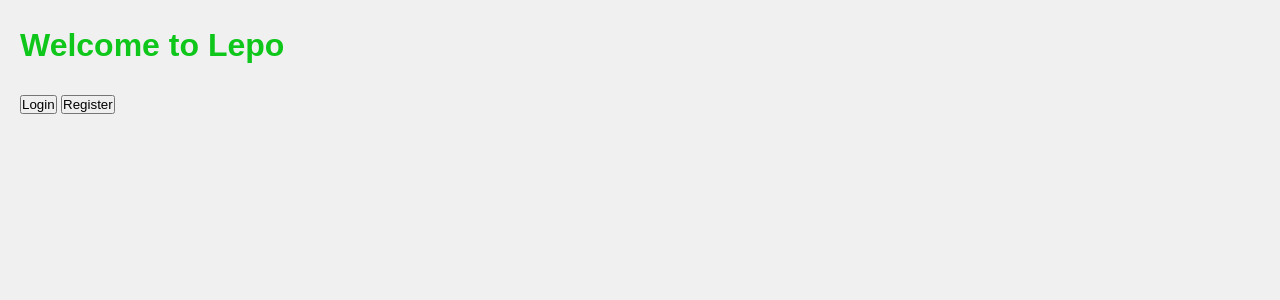
Repository: Javimetro/UniZen
Page: client/index.html
An editor plug-in stored every save of this project. The page is shown before and after the next save, followed by the edit.
The browser window is 1280 px wide. The pictures show the whole page.

Above is the page before, as saved 2024-03-12 18:29:19.

### client/index.html
<!DOCTYPE html>
<html lang="en">
<head>
    <meta charset="UTF-8">
    <meta name="viewport" content="width=device-width, initial-scale=1.0">
    <title>Lepo</title>
    <link rel="stylesheet" href="/src/styles/style.css"> <!-- Link to CSS file -->
    <link rel="icon" href="/assets/images/favicon.ico" type="image/x-icon">

</head>
<body>
    <h1 id="welcome"> Welcome to Lepo </h1>
    <button id="login">Login</button>
    <button id="register">Register</button>

    <script type="module" src="/main.js"></script>
</body>
</html>

### client/src/styles/style.css
/* Basic Reset */
* {
  margin: 0;
  padding: 0;
  box-sizing: border-box;
}

body {
  font-family: 'Arial', sans-serif;
  background-color: #f0f0f0;
  color: #333;
  line-height: 1.6;
  padding: 20px;
}

h1 {
  color: #0fc61b;
  margin-bottom: 20px;
}



p {
  margin-bottom: 20px;
}

#kissaContainer {
  max-width: 800px;
  display: flex;
  flex-direction: column;
  margin: auto;
  background: #fff;
  padding: 20px;
  border-radius: 8px;
  box-shadow: 0 2px 4px rgba(0, 0, 0, 0.1);
}
.card-area {
  display: flex;
  flex-direction: row;
}
.card {
  display: flex; /* Use flexbox layout */
  border: 1px solid #ccc; /* Optional: Add border for visual separation */
  border-radius: 5px; /* Optional: Add border radius for rounded corners */
}

.card-img {
  flex: 1; /* Make the image container grow to fill available space */
  padding: 10px; /* Optional: Add padding for spacing */
}

.card-img img {
  width: 100%; /* Make the image fill the container */
  border-radius: 5px; /* Optional: Add border radius for rounded corners */
}

.card-diary {
  flex: 2; /* Make the diary entry container grow to fill available space */
  padding: 10px; /* Optional: Add padding for spacing */
}

### client/main.js
import '/src/styles/style.css';
//import createDiaryCards from '/src/utils/renderContainer.js';

// for adding the token to the storage of the browser: open devtools, console and add: localStorage.setItem('token', 'yourToken');  now browser nows the token and front end can get it from there. This is temporal. I should implement post form from frontend to back like: user.. password..
//////////////////////////////////
console.log('vamos')
//login redirect
document.addEventListener('DOMContentLoaded', function() {
  document.getElementById('login').addEventListener('click', function() {
    console.log(login)

    window.location.href = '/login.html';
  });
//register redirect
  document.getElementById('register').addEventListener('click', function() {
    window.location.href = '/register.html';
  });
});


//document.getElementById('fetch-diary').addEventListener('click', createDiaryCards);

document.addEventListener('DOMContentLoaded', function() {
  console.log('DOM fully loaded');
});

After the next save:
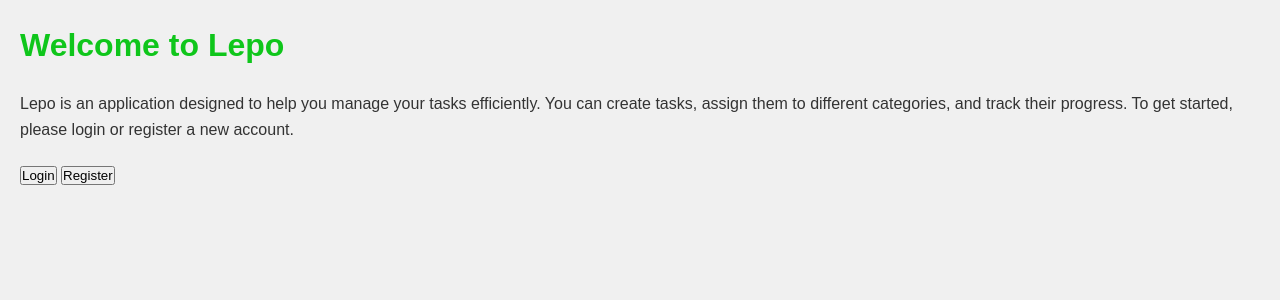
Saved 5 min 31 s later.
--- a/client/index.html
+++ b/client/index.html
@@ -1,18 +1,22 @@
 <!DOCTYPE html>
 <html lang="en">
 <head>
-    <meta charset="UTF-8">
-    <meta name="viewport" content="width=device-width, initial-scale=1.0">
-    <title>Lepo</title>
-    <link rel="stylesheet" href="/src/styles/style.css"> <!-- Link to CSS file -->
-    <link rel="icon" href="/assets/images/favicon.ico" type="image/x-icon">
-
+  <meta charset="UTF-8">
+  <meta name="viewport" content="width=device-width, initial-scale=1.0">
+  <title>Lepo</title>
+  <link rel="stylesheet" href="/src/styles/style.css"> <!-- Link to CSS file -->
+  <link rel="icon" href="/assets/images/favicon.ico" type="image/x-icon">
 </head>
 <body>
-    <h1 id="welcome"> Welcome to Lepo </h1>
-    <button id="login">Login</button>
-    <button id="register">Register</button>
+  <h1 id="welcome"> Welcome to Lepo </h1>
+  <p id="introduction">
+    Lepo is an application designed to help you manage your tasks efficiently.
+    You can create tasks, assign them to different categories, and track their progress.
+    To get started, please login or register a new account.
+  </p>
+  <button id="login">Login</button>
+  <button id="register">Register</button>
 
-    <script type="module" src="/main.js"></script>
+  <script type="module" src="/main.js"></script>
 </body>
 </html>
